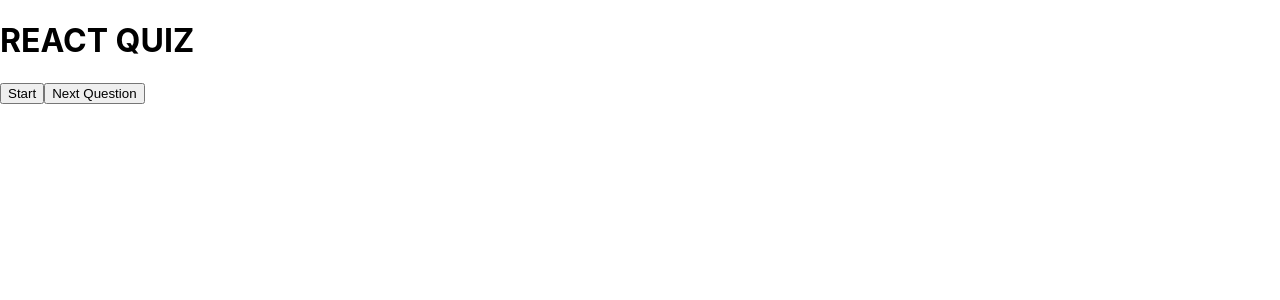
Repository: KrzysKolo/quizAPP
Page: /
An editor plug-in stored every save of this project. The page is shown before and after the next save, followed by the edit.
The browser window is 1280 px wide. The pictures show the whole page.
The project was rebuilt for these pictures with package versions that can differ from the ones it lists, and the page was loaded fresh each time. Also part of the build but not shown: src/components/QuestionCard.tsx.

Above is the page before, as saved 2021-04-24 17:47:43.

After the next save:
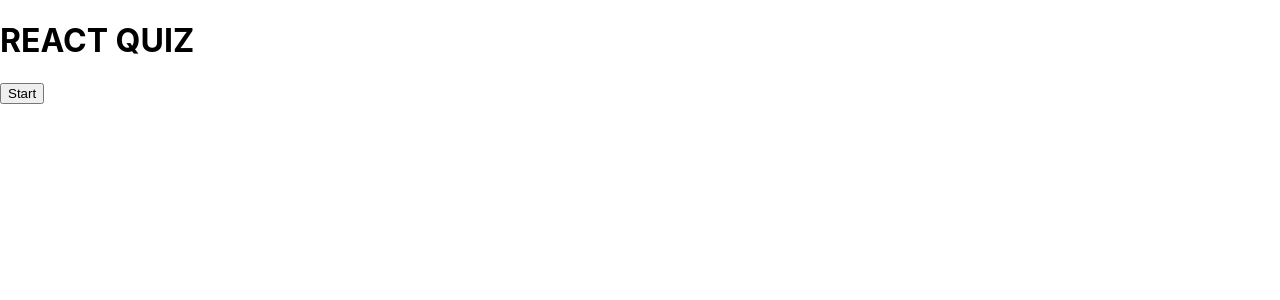
Saved 4 min 51 s later.
--- a/src/App.tsx
+++ b/src/App.tsx
@@ -65,10 +65,11 @@ const App = () => {
         callback={checkAnswer}
 
       />)}
-
-      <button className="next" onClick={nextQuestion}>
-        Next Question
-      </button>
+      {!gameOver && !loading && userAnswers.length === number + 1 && number !== TOTAL_QUESTIONS - 1 ? (
+          <button className='next' onClick={nextQuestion}>
+            Next Question
+          </button>
+        ) : null}
     </div>
   )
 }
